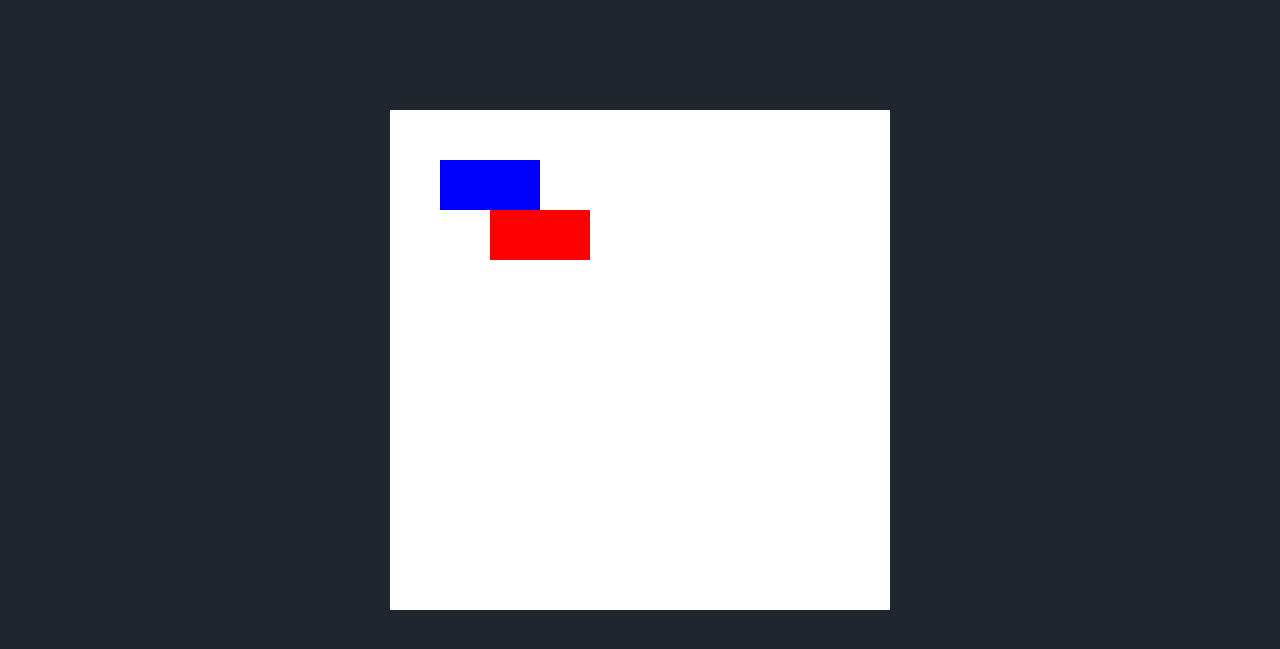
Repository: thecodeholic/cst-javascript-course
Page: /
The author's editor kept a copy of each file at every save. The page is drawn from the files as they stood at one save, then again after the next save.
The browser window is 1280 px wide. The pictures show the whole page.
The project was rebuilt for these pictures with package versions that can differ from the ones it lists, and the page was loaded fresh each time.

Above is the page before, as saved 2020-11-25 10:33:51.

After the next save:
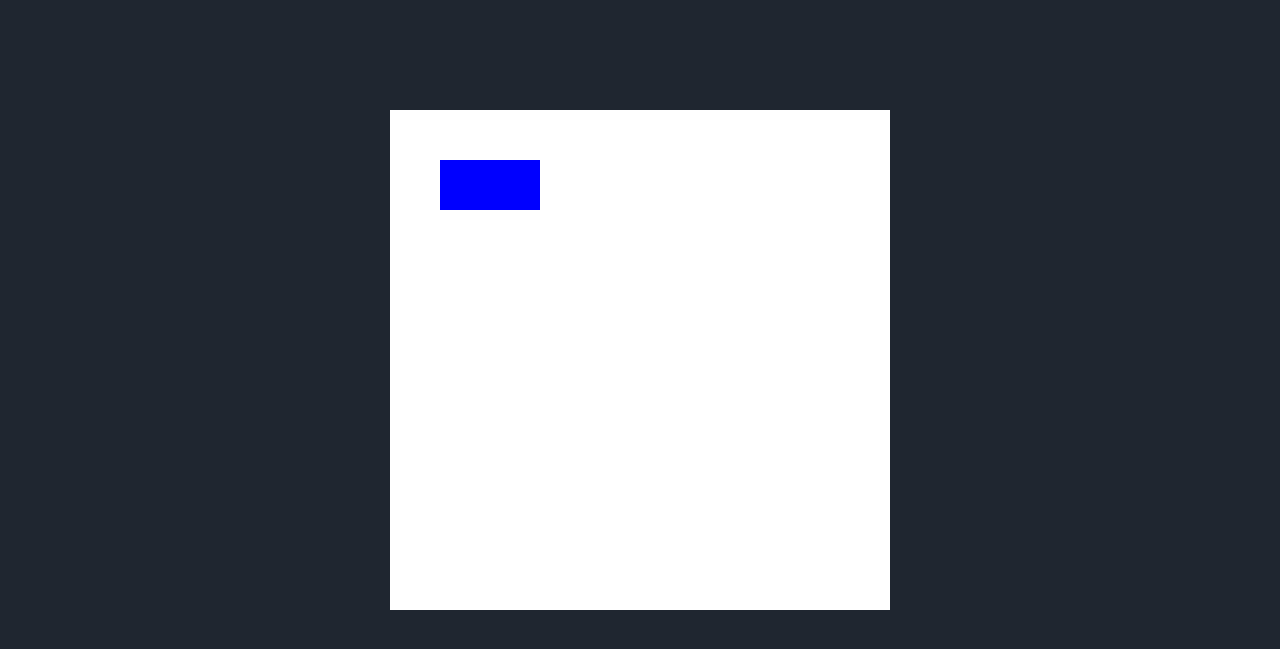
Console error (its wording comes from the project's code and is left out).
Saved 62 s later.
--- a/app.js
+++ b/app.js
@@ -15,9 +15,14 @@
 ctx.fillStyle = 'blue';
 ctx.fillRect(50, 50, 100, 50);
 
-ctx.translate(100, 100)
+// ctx.translate(100, 100)
+ctx.rotate()
 ctx.fillStyle = 'red';
 ctx.fillRect(0, 0, 100, 50);
+
+function degToRad(deg) {
+    return (Math.PI/180) * deg;
+}
 
 // // strokeRect
 // ctx.strokeStyle = 'green';

After the save that followed:
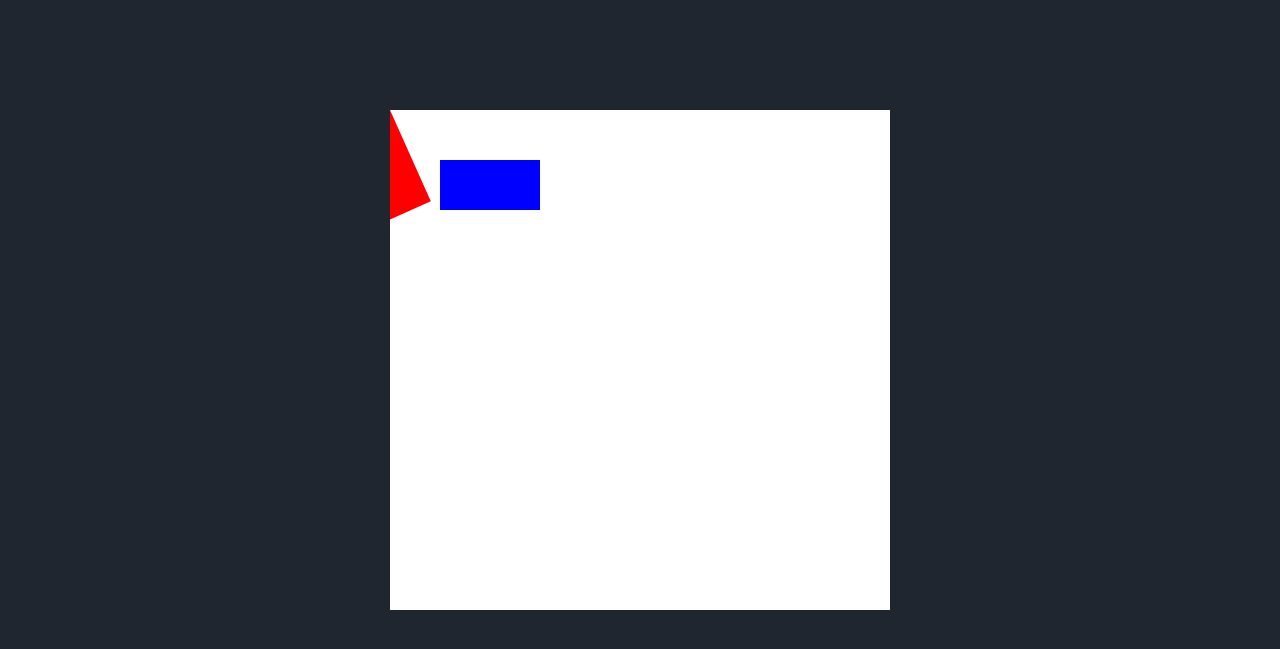
The error is gone.
Saved 9 s later.
--- a/app.js
+++ b/app.js
@@ -16,7 +16,7 @@
 ctx.fillRect(50, 50, 100, 50);
 
 // ctx.translate(100, 100)
-ctx.rotate()
+ctx.rotate(20)
 ctx.fillStyle = 'red';
 ctx.fillRect(0, 0, 100, 50);
 
